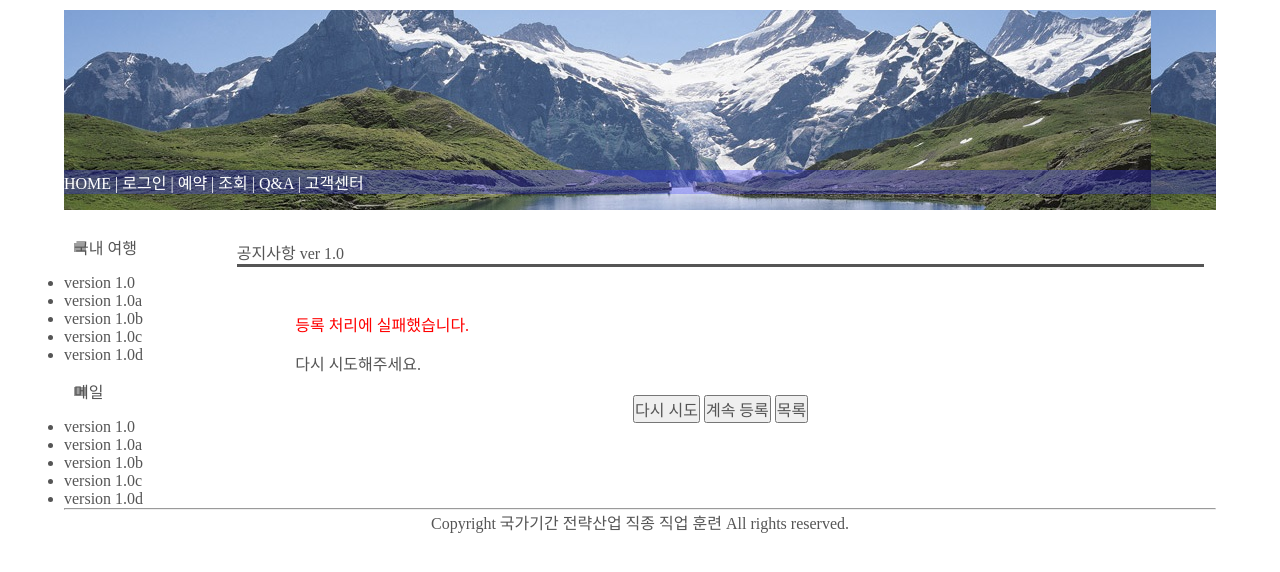
Repository: jangky000/ai_web
Page: http://localhost/blog_v2jc/mail_app/create_proc.jsp
The author's editor kept a copy of each file at every save. The page is drawn from the files as they stood at one save, then again after the next save.
The browser window is 1280 px wide. The pictures show the whole page.
Pictures or frames that could not be fetched are drawn as grey boxes. The page is served by Tomcat 9. Queries for data that is not in the repository find no rows.

Above is the page before, as saved 2020-03-27 04:11:36.

After the next save:
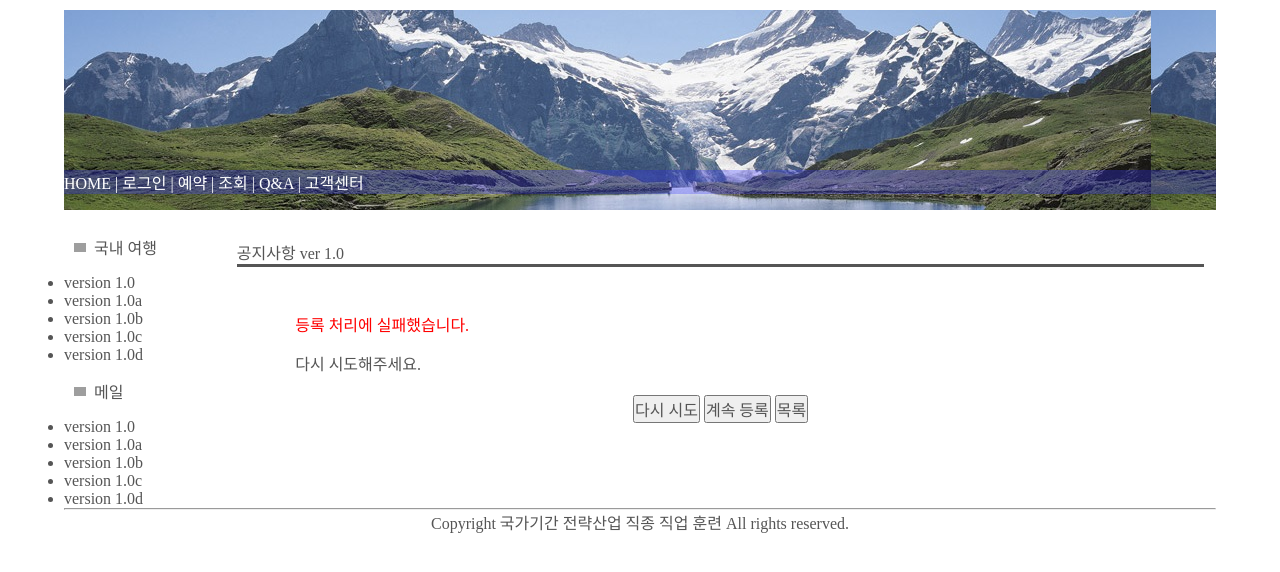
Saved 10 s later.
--- a/ws__frame/blog_v2jc/WebContent/css/style.css
+++ b/ws__frame/blog_v2jc/WebContent/css/style.css
@@ -221,4 +221,5 @@
     margin: 15px 10px;
     background: url(./images/li_left_menu.png) left center no-repeat; /* url 왼쪽 중간 반복x */
     background-size: 12px;
-  }
+    padding-left: 20px;
+  }
